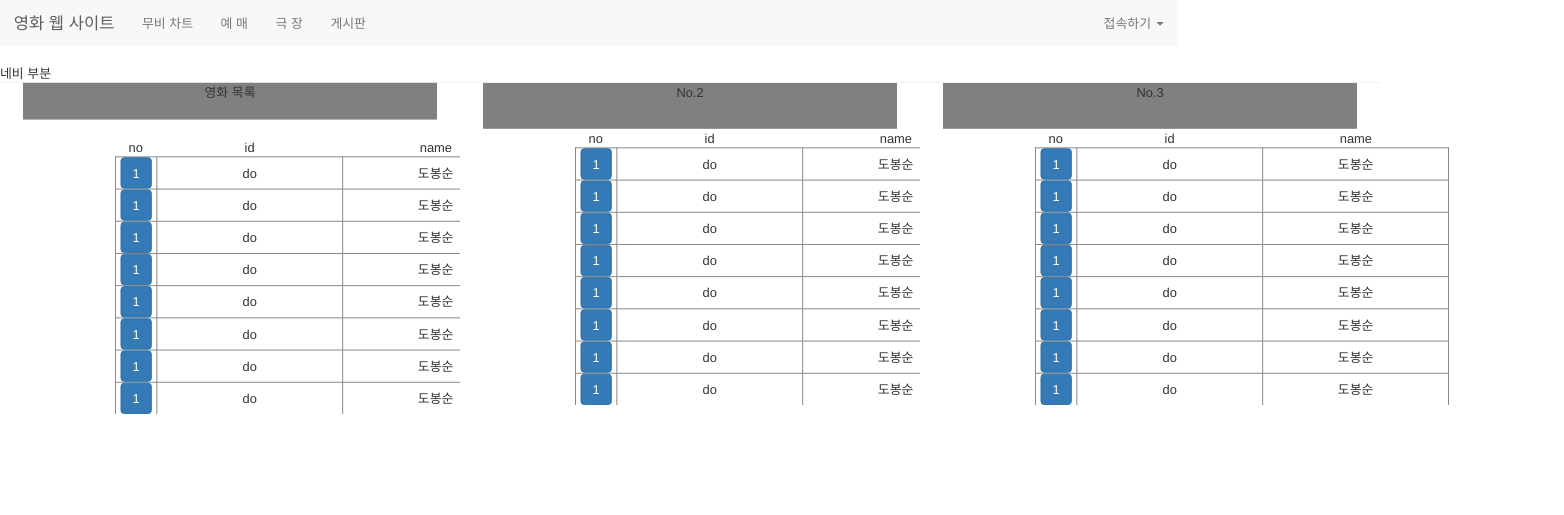
Repository: Gotaemin/java
Page: http://localhost/BBS/movieReserve.jsp
The author's editor kept a copy of each file at every save. The page is drawn from the files as they stood at one save, then again after a run of saves.
The browser window is 1280 px wide. The page is 1700 px wide, then 1500 px, so the pictures cover 1700 px, including what lies to the right of the window. The pictures show the whole page, at 92% of full size.
Some web libraries are served in a nearby version. The page is served by Tomcat 9.

Above is the page before, as saved 2020-03-16 06:28:41.

After the next 2 saves:
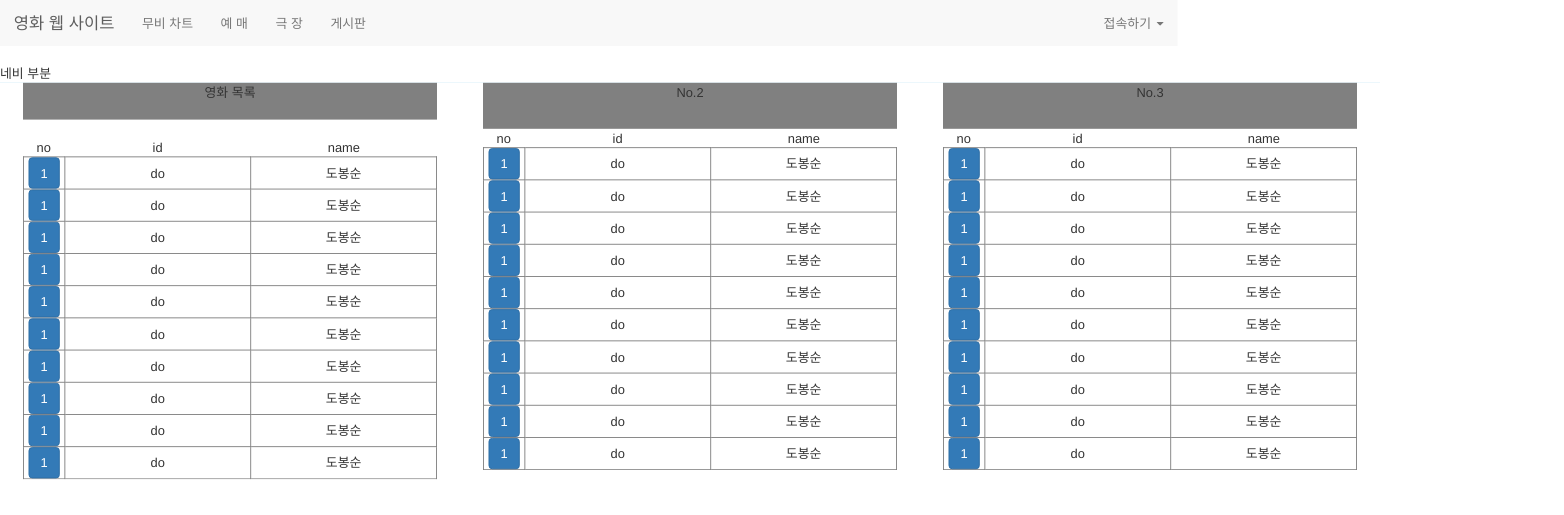
The 2 saves are shown as one change because they came seconds apart.
The last was saved 32 s later.
--- a/BBS/BBS/WebContent/movieReserve.jsp
+++ b/BBS/BBS/WebContent/movieReserve.jsp
@@ -25,9 +25,9 @@ tr{
 }
 
 #movie {
-	max-height: 300px;
+	max-height: 600px;
 	overflow-y: scroll;
-	width: 700px;
+	width: 480px;
 }
 </style>
 <title>Insert title here</title>
